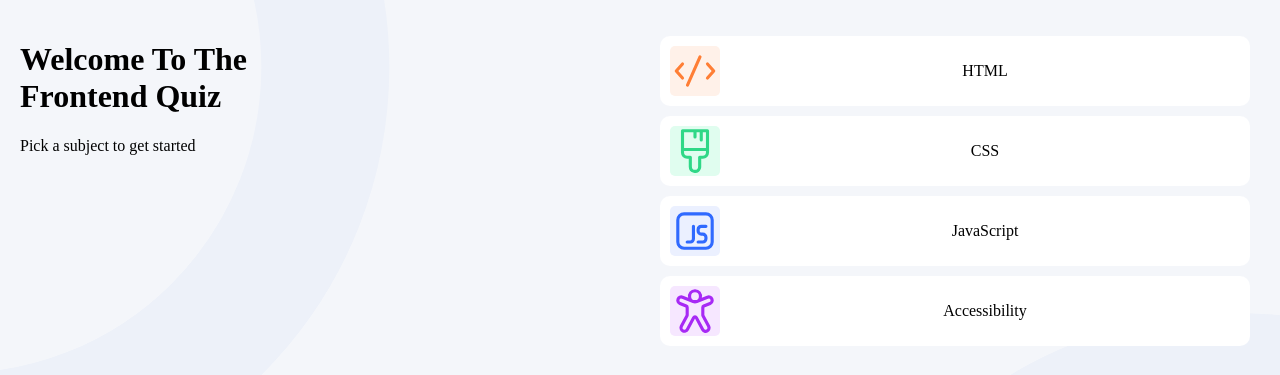
Repository: Daniel054311/Quiz-app-V1
Page: index.html
An editor plug-in stored every save of this project. The page is shown before and after the next save, followed by the edit.
The browser window is 1280 px wide. The pictures show the whole page.

Above is the page before, as saved 2024-01-28 15:23:19.

### index.html
<!DOCTYPE html>
<html lang="en">
<head>
    <meta charset="UTF-8">
    <meta name="viewport" content="width=device-width, initial-scale=1.0">
    <title>Document</title>
    <link rel="stylesheet" type="text/css" href="./asset/css/index.css">
</head>
<body>
    <div class="parent-container">
        <div class="left-container">
         <h1>Welcome To The <br><b>Frontend Quiz</b></h1>
         <p>Pick a subject to get started</p>

        </div>
        <div class="right-container">
            <div class="navigation">
                <ul>
                  <li class="image-item">
                    <img class="image" src="./asset/images/icon-html.svg" alt="" style="background-color: #fff1E9">
                <div class="content"><a href="#html">HTML</a></div>
                </li>
                  <li class="image-item">
                    <img class= "image" src="./asset/images/icon-css.svg"  alt="" style="background-color: #E0FDEF">
                <div class="content"><a href="#css">CSS</a></div>
                </li>
                  <li class="image-item">
                    <img class= "image" src="./asset/images/icon-js.svg" alt="" style="background-color: #EBF0FF">
                <div class="content"><a href="#javascript">JavaScript</a></div>
                </li>
                  <li class="image-item">
                    <img class= "image" src="./asset/images/icon-accessibility.svg" alt="" style= "background-color: #F6E7FF">
                    <div class="content"><a href="#accessibility">Accessibility</a></div>
                </li>
                </ul>
              </div>
        </div>









    </div>

</body>
</html>

### asset/css/index.css
body {
    margin: 0;
    display: flex;
    align-items: center;
    justify-content: center;
    height: 100vh;
  }

  .parent-container {
    display: flex;
    flex-direction:row;
    width: 100%;
    height:100%;
    background-image:url("../images/pattern-background-desktop-light.svg");
    background-size: cover;
    background-color:#f4f6fA;

  }

  .left-container {
    flex: 1;
    padding: 20px;
    text-align:left;/* Add a border between left and right containers */
  }

  .right-container {
    flex: 1;
    padding: 20px;
    text-align:right;
    display:flex;
    flex-direction:column;
  }

  .navigation ul {
    list-style: none;
    padding: 0;
    display: flex;
    flex-direction: column;
  }

  .navigation li {
    margin-right: 10px;
    margin-bottom: 10px;
    text-align: center;
    justify-content:
     /* Add space between buttons */
  }

  .navigation a {
    display: block;
    padding: 10px;
    text-decoration: none;
    color: #000000;
    background-color: #ffffff;
    border: 1px solid #ffffff;
    border-radius: 5px;
  }

.image-item {
    display: flex;
    align-items: center;
    margin-bottom: 10px; /* Add spacing between items */
    padding: 10px;
    background-color:#ffffff;
    border-radius: 10px;
  }

  .image {
    width: 50px;
    height: 50px;
    border-radius: 10%;
    margin-right: 10px;
  }

  .content {
    flex: 1; /* Allow content to fill remaining space */
  }



  /* .header.h1 {
    text-align: center;
    font-weight: 500;
    font-size:25px;

  }
   */
  /* .user-controls {
    /* Add styles for user controls if needed */
  /* }

  .navigation {
    text-align: center;
  }

  .navigation ul {
    list-style: none;
    padding: 0;
    flex-direction: column;
    align-items:center
  }

  .navigation li {
    margin-bottom: 10px;
  }
   */



  /* .navigation a:hover {
    background-color: #ddd;
  } */

After the next save:
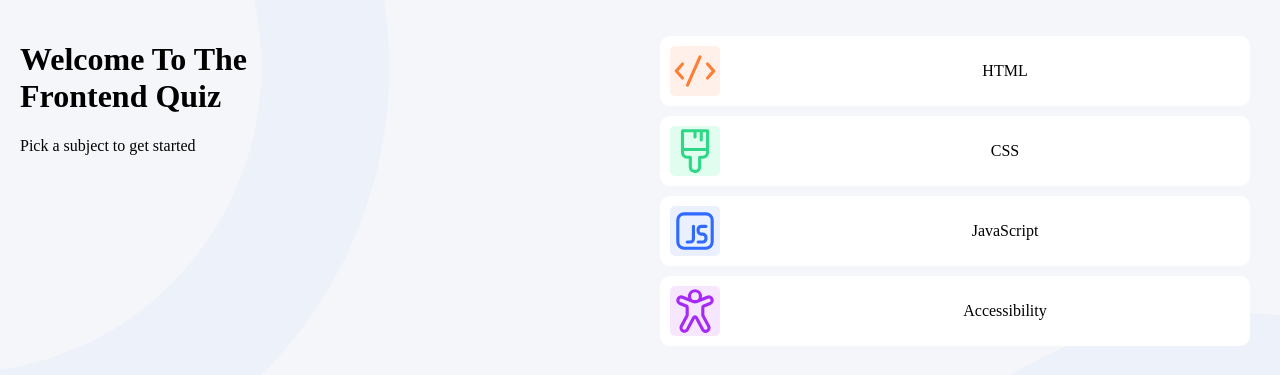
Saved 24 s later.
--- a/asset/css/index.css
+++ b/asset/css/index.css
@@ -69,7 +69,7 @@ body {
     width: 50px;
     height: 50px;
     border-radius: 10%;
-    margin-right: 10px;
+    margin-right: 50px;
   }
 
   .content {
